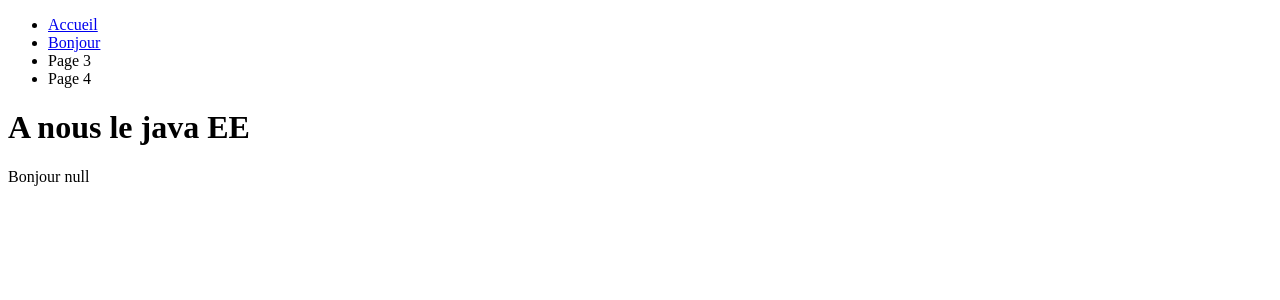
Repository: ibnadam2010/eclipse-workspace
Page: http://localhost/test/Test
The author's editor kept a copy of each file at every save. The page is drawn from the files as they stood at one save, then again after the next save.
The browser window is 1280 px wide. The pictures show the whole page.
The page is served by Tomcat 9. Other server files are loaded and not shown.

Above is the page before, as saved 2020-11-26 18:35:38.

### test/WebContent/WEB-INF/bonjour.jsp
<%@ page language="java" contentType="text/html; charset=UTF-8"
    pageEncoding="UTF-8"%>
<!DOCTYPE html>
<html>
<head>
<meta charset="ISO-8859-1">
<title>Salut</title>
</head>
<body>
<%@ include file="menu.jsp" %>
<h1>A nous le java EE</h1>

<p>Bonjour

<% String nom = (String) request.getAttribute("nom"); out.println(nom); %></p>
</body>
</html>

### test/WebContent/WEB-INF/menu.jsp
<ul>
<li><a href="/test/">Accueil</a></li>
<li><a href="/test/bonjour">Bonjour</a></li>
<li>Page 3</li>
<li>Page 4</li>
</ul>

### test/src/com/octest/servlets/Test.java
package com.octest.servlets;

import java.io.IOException;
import javax.servlet.ServletException;
import javax.servlet.annotation.WebServlet;
import javax.servlet.http.HttpServlet;
import javax.servlet.http.HttpServletRequest;
import javax.servlet.http.HttpServletResponse;


@WebServlet("/Test")
public class Test extends HttpServlet {
	private static final long serialVersionUID = 1L;


    public Test() {
        super();
        // TODO Auto-generated constructor stub
    }


	protected void doGet(HttpServletRequest request, HttpServletResponse response) throws ServletException, IOException {
		// TODO Auto-generated method stub
		String nom = request.getParameter("nom");
		request.setAttribute("nom", nom);
		this.getServletContext().getRequestDispatcher("/WEB-INF/bonjour.jsp").forward(request, response);
	}


	protected void doPost(HttpServletRequest request, HttpServletResponse response) throws ServletException, IOException {
		// TODO Auto-generated method stub

	}

}

After the next save:
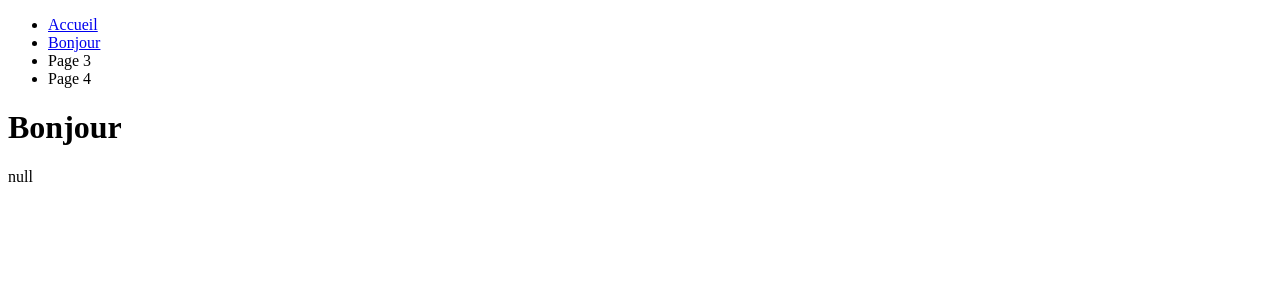
Saved 58 s later.
--- a/test/WebContent/WEB-INF/bonjour.jsp
+++ b/test/WebContent/WEB-INF/bonjour.jsp
@@ -8,10 +8,10 @@
 </head>
 <body>
 <%@ include file="menu.jsp" %>
-<h1>A nous le java EE</h1>
+<h1>Bonjour</h1>
 
-<p>Bonjour
-
-<% String nom = (String) request.getAttribute("nom"); out.println(nom); %></p>
+<p>
+<% String nom = (String) request.getAttribute("nom"); out.println(nom); %>
+</p>
 </body>
 </html>
